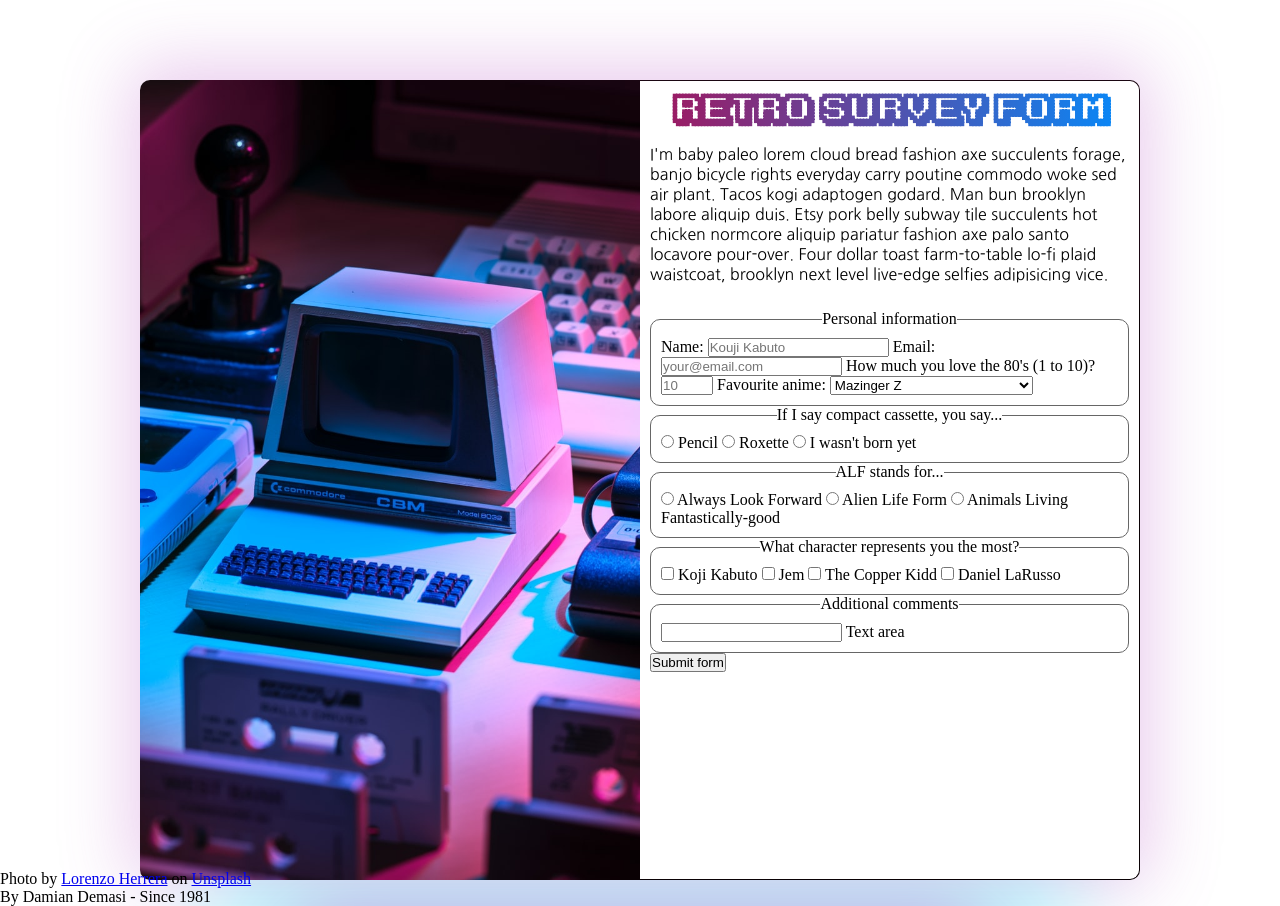
Repository: Colo-Codes/freecodecamp-02-Build-a-Survey-Form
Page: index.html
The author's editor kept a copy of each file at every save. The page is drawn from the files as they stood at one save, then again after the next save.
The browser window is 1280 px wide. The pictures show the whole page.

Above is the page before, as saved 2021-05-18 17:41:27.

After the next save:
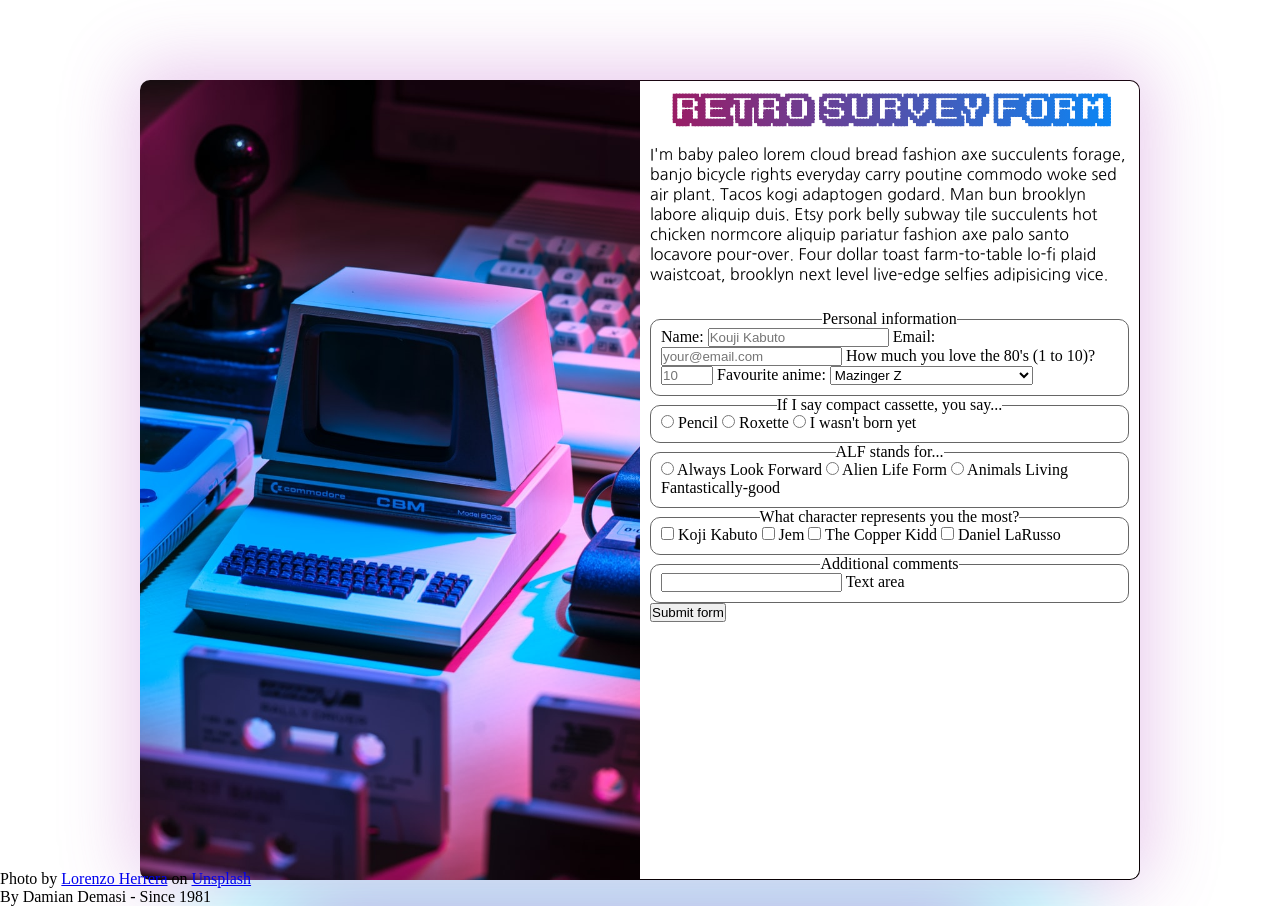
Saved 16 s later.
--- a/resources/css/index.css
+++ b/resources/css/index.css
@@ -72,8 +72,6 @@
     padding: 0 10px 10px 10px;
     border: 1px solid #666;
     border-radius: 10px;
-    /* box-shadow: 0 0 10px #666; */
-    padding-top: 10px;
   }
 legend {
     text-align: center;

After the save that followed:
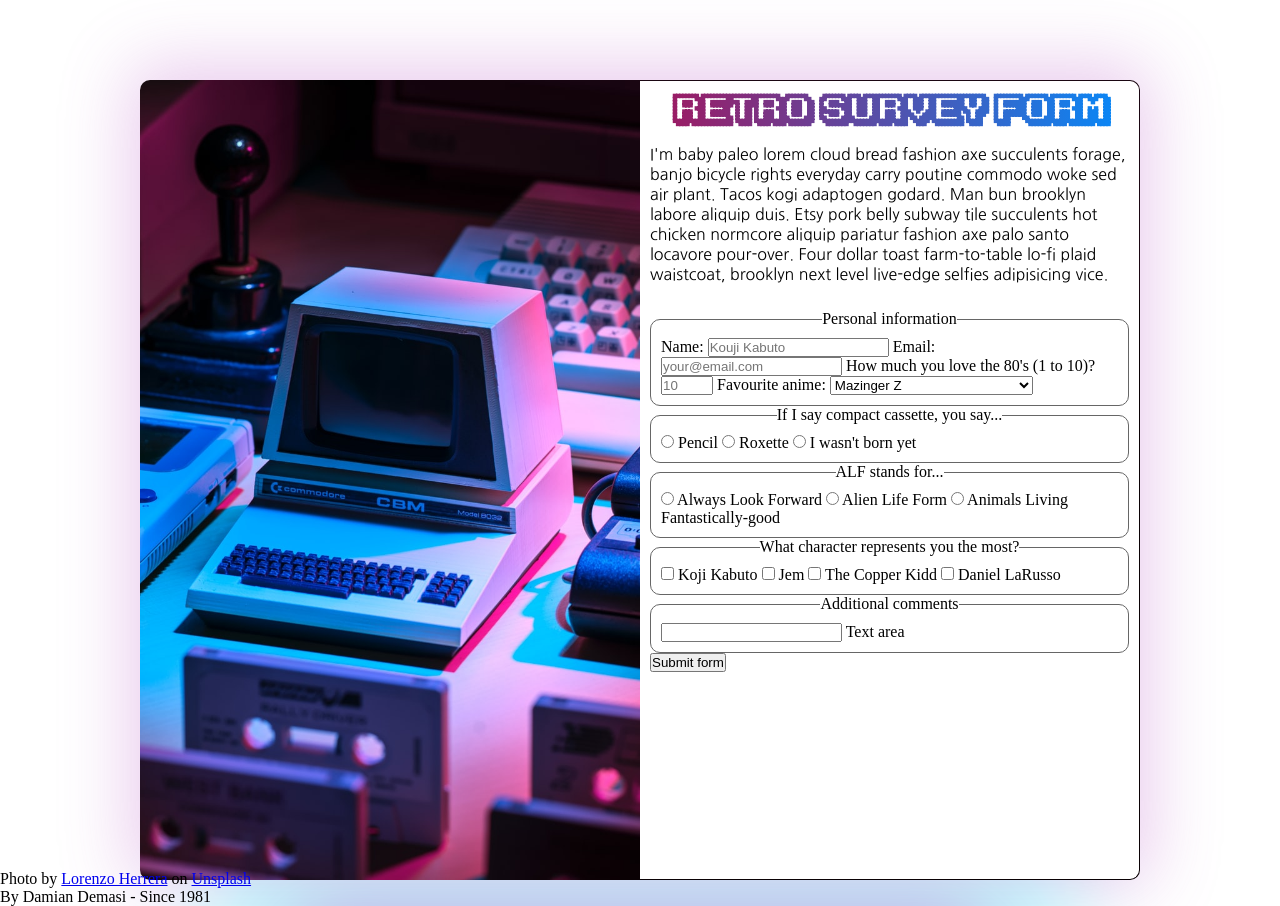
Saved 8 s later.
--- a/resources/css/index.css
+++ b/resources/css/index.css
@@ -69,7 +69,7 @@
     font-family: 'Nanum Gothic', sans-serif;
 }
 fieldset {
-    padding: 0 10px 10px 10px;
+    padding: 10px;
     border: 1px solid #666;
     border-radius: 10px;
   }
